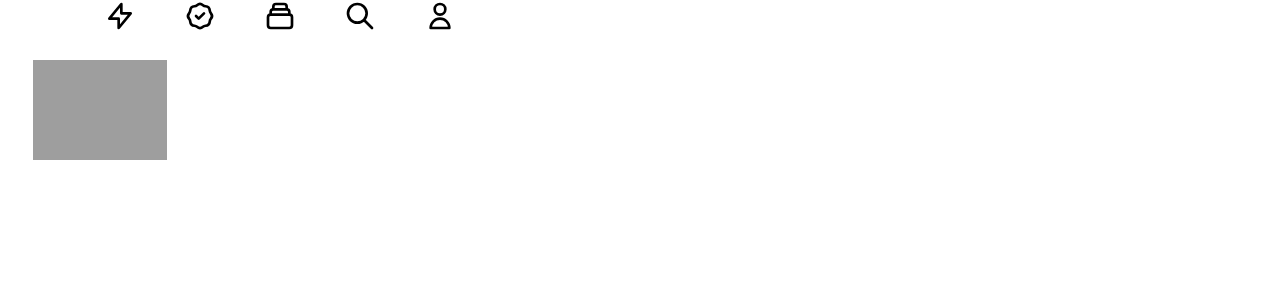
Repository: jafredk/hulu-2
Page: /
These files come from the project's save history. The page is drawn as it stood at one moment and after the next save; the edit follows.
The browser window is 1280 px wide. The pictures show the whole page.
Pictures or frames that could not be fetched are drawn as grey boxes. The project was rebuilt for these pictures with package versions that can differ from the ones it lists, and the page was loaded fresh each time. The framework's server and built-in components were replaced by stand-ins that run in the browser. Also part of the build but not shown: next.config.js.

Above is the page before, as saved 2021-11-01 13:40:42.

After the next save:
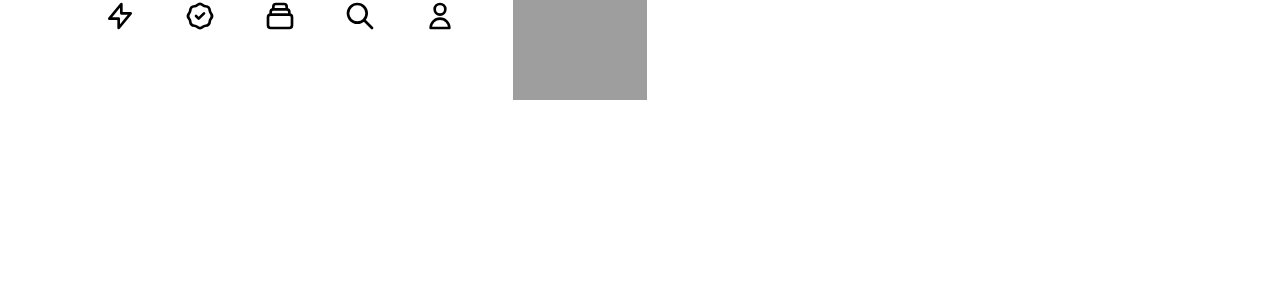
Saved 25 s later.
--- a/components/Header.js
+++ b/components/Header.js
@@ -12,7 +12,7 @@ import HeaderItem from './HeaderItem';
 
 function Header() {
     return (
-        <header className="">
+        <header className="flex">
             <div className="flex">
                 <HeaderItem title='HOME' Icon={HomeIcon} />
                 <HeaderItem title='TRENDING' Icon={LightningBoltIcon} />
